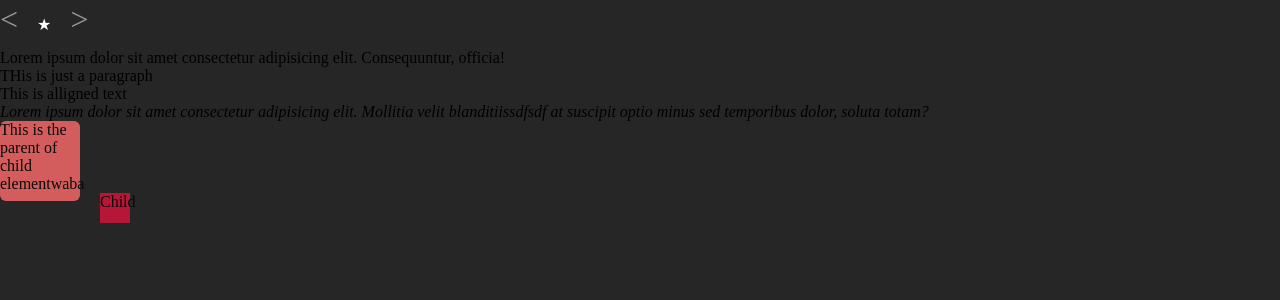
Repository: robin-webdev/frontend
Page: CSS/index.html
These files come from the project's save history. The page is drawn as it stood at one moment and after the next save; the edit follows.
The browser window is 1280 px wide. The pictures show the whole page.
The style sheet was rebuilt from its Sass, Less or Tailwind sources for each picture, by a compiler version that may differ from the author's.

Above is the page before, as saved 2025-12-16 06:47:11.

After the next save:
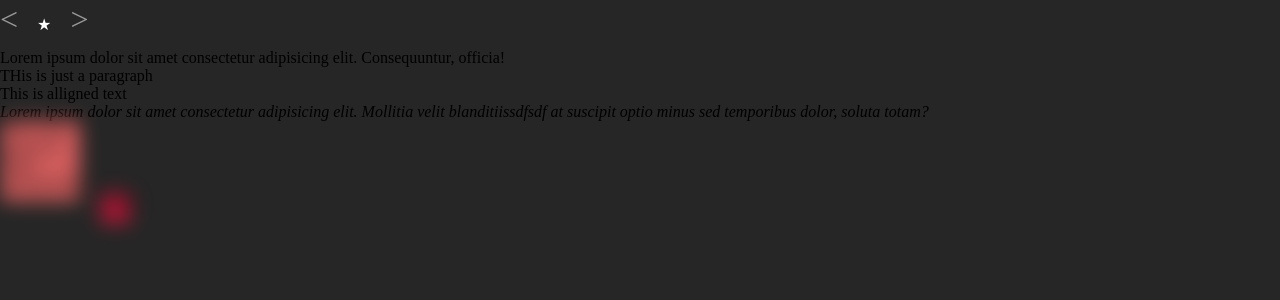
Saved 14 s later.
--- a/CSS/style.scss
+++ b/CSS/style.scss
@@ -62,7 +62,7 @@ body {
   background-color: #ff6b6b;
   border-radius: 6px;
   opacity: 0.8;
-  backdrop-filter: blur(10px);
+  filter: blur(10px);
 }
 
 
